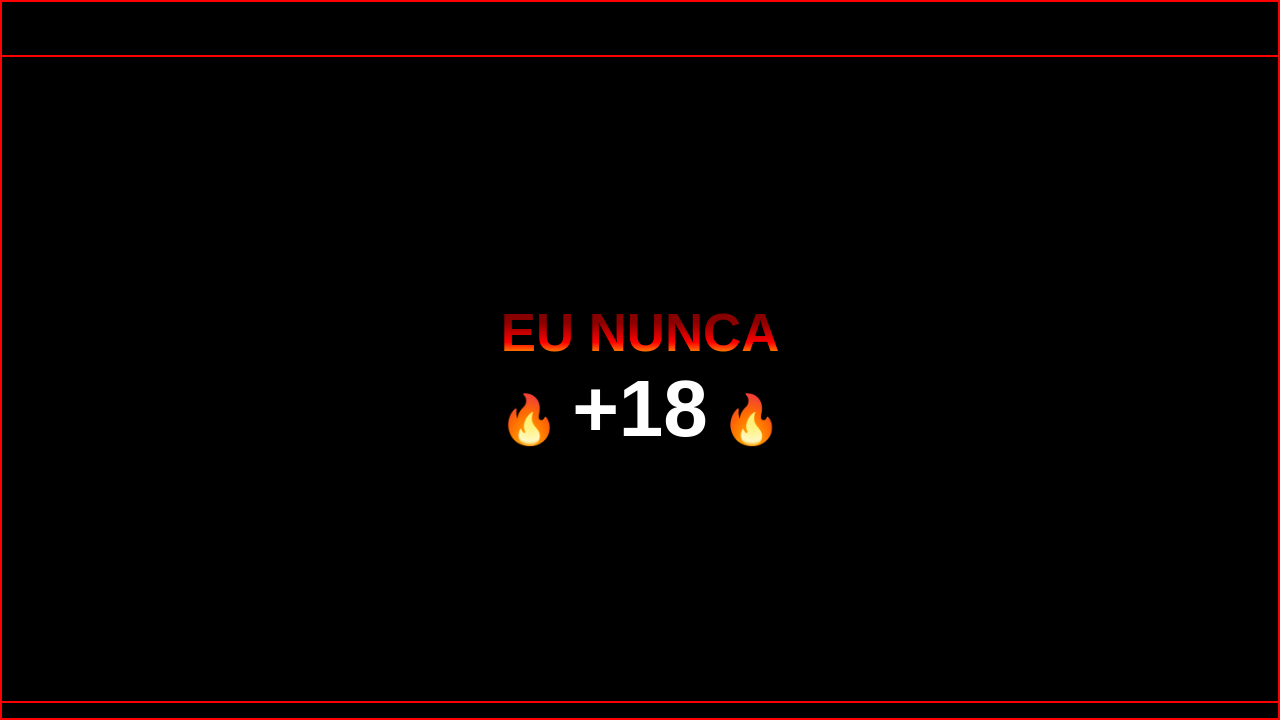
Repository: odiloalmeida/inever
Page: index.html
These files come from the project's save history. The page is drawn as it stood at one moment and after the next save; the edit follows.
The browser window is 1280 px wide. The pictures show the whole page.

Above is the page before, as saved 2023-01-31 22:26:00.

After the next save:
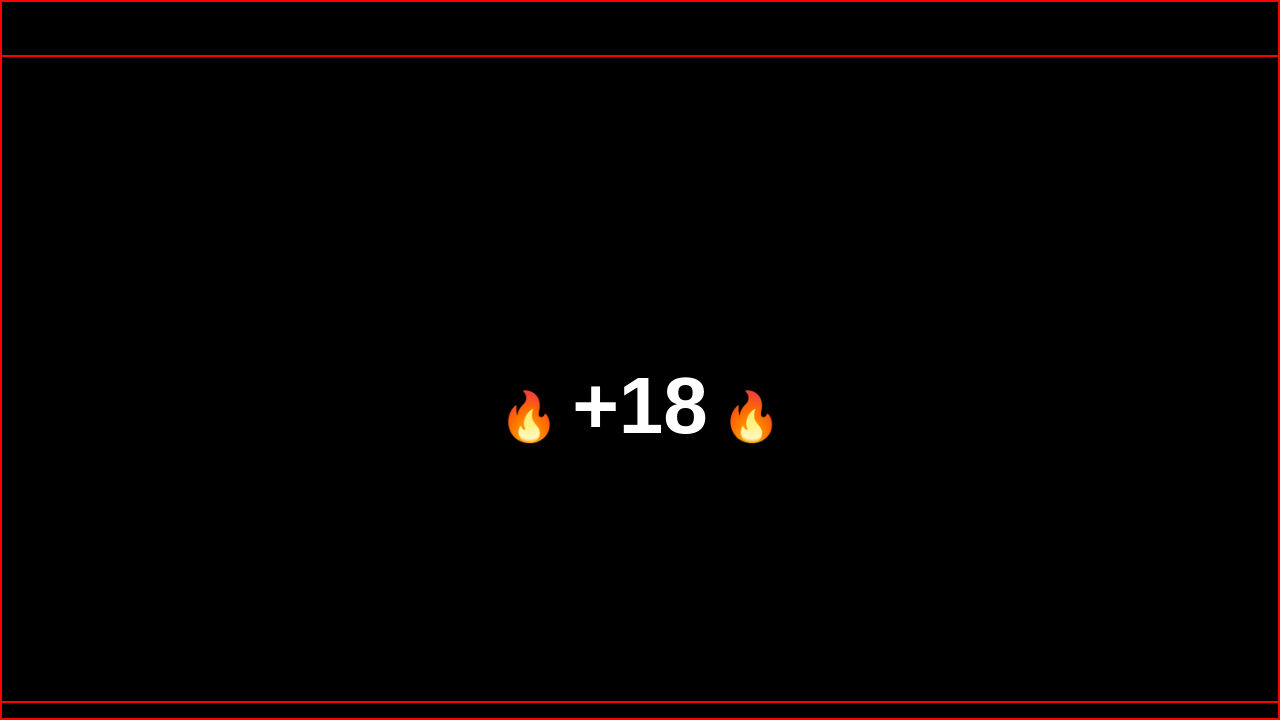
Saved 54 s later.
--- a/index.html
+++ b/index.html
@@ -15,7 +15,6 @@
         <h1>EU NUNCA</h1>
     </div>
     <button id="myButton" onclick="changeButtonName()">
-        <span>EU NUNCA</span>
         <br>
         <span3>&#128293</span3>
         <span2>+18</span2>
